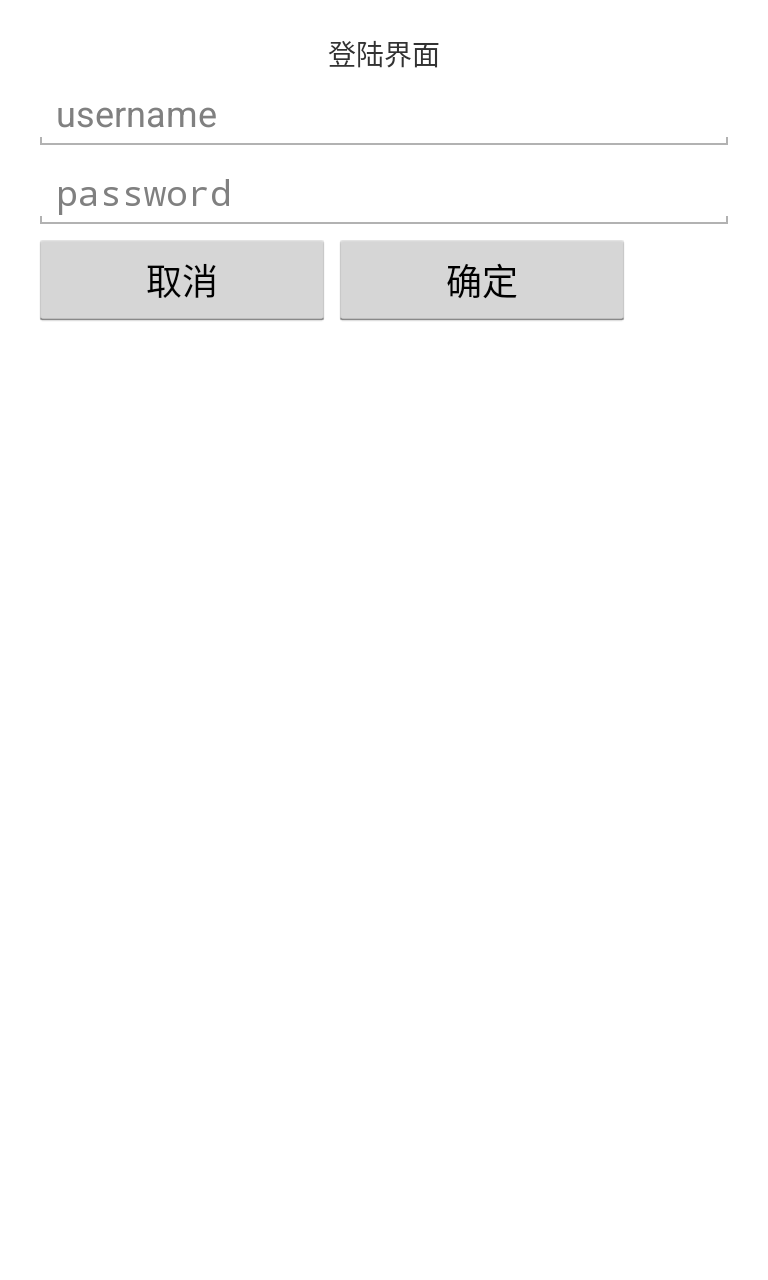
Repository: KungW/windows_learn_java_track
Layout: linear_login/res/layout/activity_main.xml
An editor plug-in stored every save of this project. The layout is shown before and after the next save, followed by the edit.
It is drawn on a 768 x 1280 px phone screen (xhdpi) without system bars, with theme AppTheme; the app's code is not run.

Above is the layout before, as saved 2016-10-30 14:43:08.

After the next save:
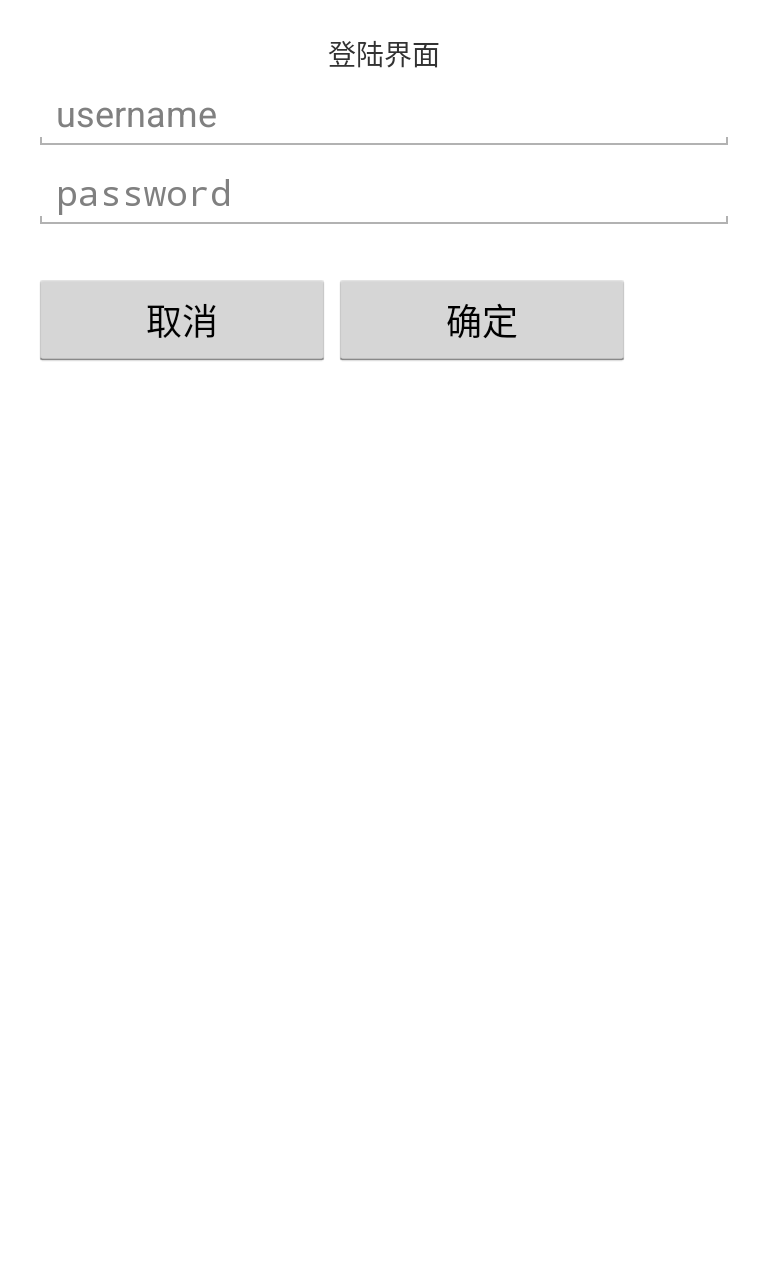
Saved 4 min 9 s later.
--- a/linear_login/res/layout/activity_main.xml
+++ b/linear_login/res/layout/activity_main.xml
@@ -30,6 +30,12 @@
         android:hint="password"
         android:inputType="textPassword"
         />
+     <TextView
+        android:id="@+id/resview"
+        android:layout_width="match_parent"
+        android:layout_height="20dp"
+        android:gravity="center"
+        android:text="" />
    <LinearLayout
     android:layout_width="match_parent"
     android:layout_height="match_parent"
@@ -52,10 +58,5 @@
         android:text="确定"
         />
      </LinearLayout>
-    <TextView
-        android:id="@+id/resview"
-        android:layout_width="match_parent"
-        android:layout_height="wrap_content"
-        android:gravity="center"
-        android:text="resultsssssss" />
+
 </LinearLayout>
